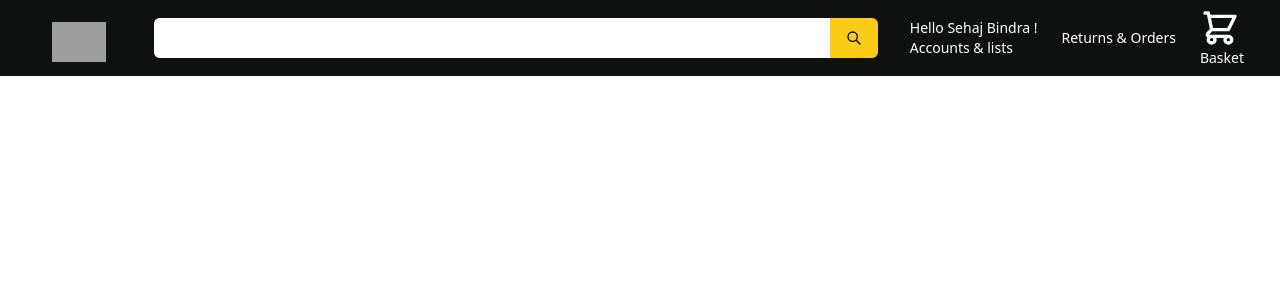
Repository: SehajBindra/Amazon-clone
Page: /
An editor plug-in stored every save of this project. The page is shown before and after the next save, followed by the edit.
The browser window is 1280 px wide. The pictures show the whole page.
Pictures or frames that could not be fetched are drawn as grey boxes. The project was rebuilt for these pictures with package versions that can differ from the ones it lists, and the page was loaded fresh each time. The framework's server and built-in components were replaced by stand-ins that run in the browser. Also part of the build but not shown: next.config.js, styles/Home.module.css.

Above is the page before, as saved 2022-08-08 14:11:51.

After the next save:
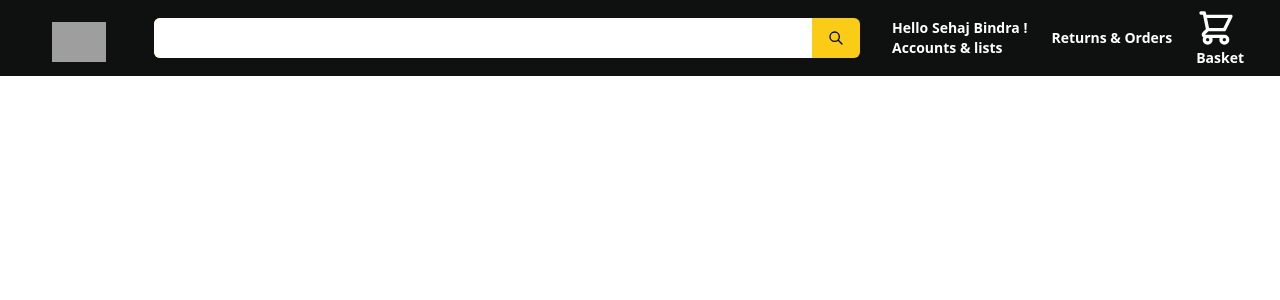
Saved 32 s later.
--- a/Components/Header.js
+++ b/Components/Header.js
@@ -30,7 +30,7 @@
         </div>
 
         {/* Right */}
-        <div className="text-white flex items-center text-sm space-x-6 px-2 mx-6 whitespace-nowrap">
+        <div className="text-white flex items-center text-sm space-x-6 px-2 mx-6 whitespace-nowrap cursor-pointer font-semibold">
           <div>
             <p>Hello Sehaj Bindra !</p>
             <p>Accounts & lists</p>
